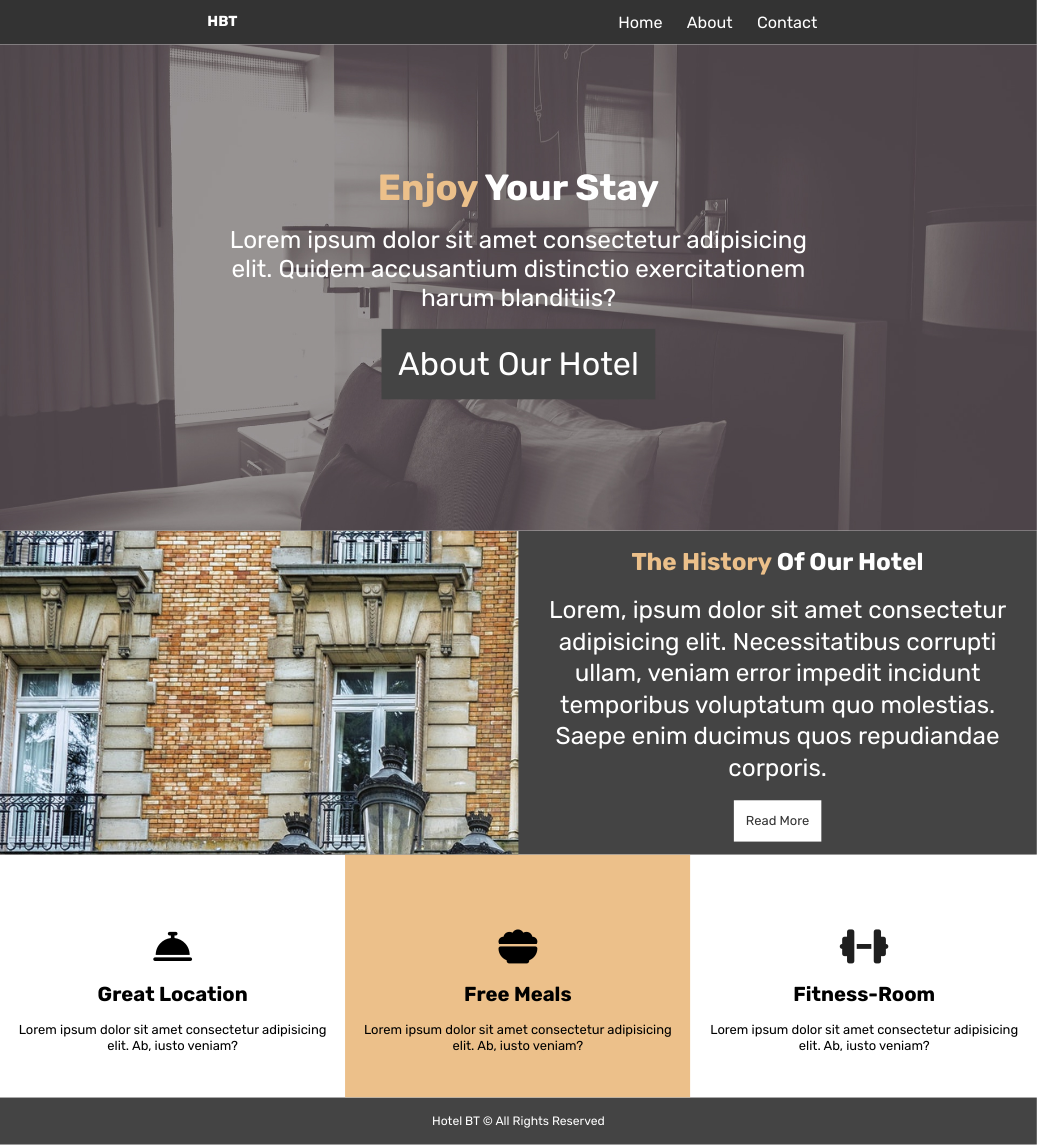
Repository: reemoon-ctrl/35---hotel-website
Page: index.html
The author's editor kept a copy of each file at every save. The page is drawn from the files as they stood at one save, then again after a run of saves.
The browser window is 1280 px wide. The pictures show the whole page, at 81% of full size.
Some web libraries are served in a nearby version.

Above is the page before, as saved 2024-07-24 19:44:56.

### index.html
<!DOCTYPE html>
<html lang="en">
<head>
    <meta charset="UTF-8">
    <meta name="viewport" content="width=device-width, initial-scale=1.0">
    <title>HBT| hotel website</title>
    <link rel="stylesheet" href="index.css"/>
    <style>
    @import url('https://fonts.googleapis.com/css2?family=Rubik:ital,wght@0,300..900;1,300..900&display=swap');

    </style>
    <script src="https://kit.fontawesome.com/6132f3c84f.js" crossorigin="anonymous"></script>

</head>
<body>
    <header>
        <ul class="nav-bar">
            <li class="title"><a href="">HBT</a></li>
            <div class="bag-nav-row" >
            <li class="bag-nav"><a href="contact.html">Contact</a></li>
            <li class="bag-nav"><a href="about.html">About</a></li>
            <li class="bag-nav"><a href="index.html">Home</a></li>
            </div>
        </ul>

    </header>

    <header class="mainheader" >
        <div class="mainheadertxt">
            <h1><span class="fword">Enjoy</span> Your Stay</h1>
            <p>Lorem ipsum dolor sit amet
                consectetur adipisicing elit.
                Quidem accusantium distinctio
                exercitationem harum blanditiis?
            </p>
            <a href="about.html" >About Our Hotel</a>
        </div>
    </header>

    <main class="main-content">
        <div class="hotelimg"></div>
        <div class="hotel-disc">
            <h3><span class="fword">The History </span>Of Our Hotel</h3>
            <p>Lorem, ipsum dolor sit amet consectetur adipisicing elit. Necessitatibus corrupti ullam, veniam error impedit incidunt temporibus voluptatum quo molestias. Saepe enim ducimus quos repudiandae corporis.</p>
            <a href="about.html">Read More</a>
        </div>

    </main>

    <aside class="aside-bar">
        <ul >
            <div class="ul">
                <div class="fli" ><i class="fa-solid fa-bell-concierge fa-3x"></i> <li ><h4>Great Location</h4>
                    <p>Lorem ipsum dolor sit amet consectetur adipisicing elit. Ab, iusto veniam?</p>

                </li></div>
                <div class="sli"><li > <i class="fa-sharp-duotone fa-solid fa-bowl-food fa-3x" style="--fa-primary-color: #1f1f1f; --fa-secondary-color: #1f1f1f;"></i><h4>Free Meals</h4>
                    <p>Lorem ipsum dolor sit amet consectetur adipisicing elit. Ab, iusto veniam?</p>

                </li></div>
                <div class="thli"><li ><i class="fa-solid fa-dumbbell fa-3x" style="color: #1f1f1f;"></i><h4 >Fitness-Room</h4>
                    <p>Lorem ipsum dolor sit amet consectetur adipisicing elit. Ab, iusto veniam?</p>

                </li></div>
            </div>
        </ul>
    </aside>

    <footer>
        <p>Hotel BT &copy; All Rights Reserved</p>

    </footer>

</body>
</html>

### index.css
*{
    padding: 0px;
    margin: 0px;
    box-sizing: border-box;
    font-family: "Rubik", sans-serif;
    font-optical-sizing: auto;




}
.nav-bar{
    list-style:none;
    overflow: auto;
    /* clear:both; */
    background: #333333;
    font-size: 20px;
    text-align: center;
    height: 55px;

}

.bag-nav-row{
    margin-right: 20%;
}
.title{
    float: left;
    margin-left: 20%;
    font-weight: bold;
    font-size:18px ;

    text-align: center;
    padding:15px 0px;

}
.title  a{
    text-decoration: none;
    color:#fff;
}


.bag-nav{
    float: right;
    font-size: 20px;


}
.bag-nav-row li a{
    text-decoration: none;
    padding: 15px;
    display: inline-block;
    color: #fff;
}

.bag-nav-row li a:hover{
    background: #444444;
    color:#ecc08a;
}
.bag-nav-row li a:active{
    background: #444444;
    color:#ecc08a;
}


.mainheader{
    background-image: url("img/showcase.jpg") ;
    background-color: #cccccc;
    height:600px;
    background-position: center;
    background-repeat: no-repeat;
    background-size:cover;
    position: relative;
}
.mainheadertxt{
    /* margin: auto; */
    padding: 150px 20%;
    position:relative;
    text-align: center;
    /* margin-top: 20px; */
    color:#fff;
}
.mainheadertxt h1{
    font-size:45px;

}

.mainheadertxt p{
    margin:20px;
    font-size: 30px;
}
.mainheadertxt a{
    position:relative;
    display: block;
    width: fit-content;
    background: #444444;
    text-decoration:none ;
    color: #fff;
    top:50%;
    margin-top: 30px;
    margin: auto;
    font-size: 40px;

    padding: 20px;
}
.mainheadertxt a:hover{
    background: #ecc08a;
    cursor: pointer;
    color:#333333;

}
.fword{
    color:#ecc08a
}
.main-content{
    width:100%;
    height:400px;
    overflow: auto;
    background: #444444;
    color: #fff;
}
.hotelimg{
    width:50%;
    float:left;

    min-height:100% ;
    background: url('img/photo-1.jpg') no-repeat;
}
.hotel-disc{
    /* padding-top: 100px; */
    padding:20px 10px;
    width:50%;
    height:40px;
    float:right;
    text-align: center;
    /* margin-top:px; */
    line-height: 1.3;
    /* padding:20px; */

}
.hotel-disc h3{
    font-size: 30px;
    /* font-size: xx-large; */
    margin-bottom: 20px;
}
.hotel-disc a{
    position:relative;
    display: block;
    width: fit-content;
    text-decoration:none ;
    color: #333333;
    padding: 15px;
    margin:auto;
    margin-top: 20px;
    background: #fff;

}
.hotel-disc a:hover{
    background: #ecc08a;
}
.hotel-disc p{
    font-size: 30px;
}

.aside-bar{
    height: 300px;
    overflow: auto;
    clear:both;

}
.ul{
    list-style: none;
    text-align: center;
    margin:auto;
    height:300px;
}
.fli{
    padding: 60px;
    margin: auto;
    float: left;
    width:33.3%;
    height: 300px;
    padding: 90px 20px;
}
.fli h4{
    font-size: 25px;
    margin-bottom: 20px;
    margin-top: 20px;
}
.sli h4{
    margin-top: 20px;
    font-size: 25px;
    margin-bottom: 20px;
}
.thli h4{
    margin-top: 20px;
    font-size: 25px;
    margin-bottom: 20px;
}
.sli{
    float:left;
    width:33.3%;
    background-color:#ecc08a;
    height: 300px;
    padding: 90px 20px;

}
.thli{
    float:right;
    width:33.3%;
    height: 300px;
    margin: auto;
    height: 300px;
    padding: 90px 20px;
}

footer p{
    text-align: center;
    font-size: 15px;
    color: #fff;
    background: #444444;
    padding: 20px;
}

/* ///////////////about website////////////////// */
.s-header{
    overflow: auto;
    clear: both;
    margin: auto;
    margin: 50px 20%;
    /* height: 500px; */
}
.header-content{
    float:left;
    width:40%;

}
.header-content h1{
    font-size: 50px;
}
.header-content p{
    font-size: 28px;
    margin-top: 20px;
    line-height: 1.3;
}
.hotel-img2{
    height:400px;
    width: 40%;
    float: right;
    border-radius:50%;
}
.comment{
    overflow: auto;
    background:#ecc08a;
    margin: 20px 20%;
    border-radius: 20px;

}
.aside-content{
    background-image: url(img/test-bg.jpg) ;
    background-color: #cccccc;
    height:900px;
    background-position: center;
    background-repeat: no-repeat;
    background-size: cover;
    position: relative;
    width: 100%;



}
.aside-content h1{
    margin: 20px 20%;
    text-align: center;
    color: #FFF;
    font-size: 50px;
    padding-top: 100px;
    padding-bottom: 50px;

}
.comment img{
    padding-top: 30px;
width:200px ;
height:200px ;
border-radius: 200px;
float: left;
padding-right: 20px;
padding-left: 20px;
margin-bottom: 50px;
}
.comment p{
padding-top: 70px;
font-size: 28px;
color: #333333;


}
/* ///////////////about style///////////// */
form h1{
    margin-bottom: 20px;
    font-size: 50px;

}
form p{
    font-size: 25px;

}

.form-label label{
    display: block;

}
.form-label input{
    width:100%;
    padding:10px;
    font-size: 28px;
    border:#ddd solid 1px;
    /* border: 3px solid #ccc; */
    -webkit-transition: 0.5s;
    transition: 0.5s;
    outline: none;

}
.form-label input[type=text]:focus{
    border: 2px solid #ecc08a;
}
.form-label{
    font-size: 35px;
    margin-top: 20px;
}
.submit-input:hover{
    border: 2px solid #ecc08a;
    background: #ecc08a;
    color:#444444;
}
textarea{
    width: 100%;
    height: 250px;
    padding: 12px 20px;
    box-sizing: border-box;
    border: 1px solid #ddd;
    border-radius: 4px;
    /* background-color: #f8f8f8; */
    resize:none;
    font-size: 20px;
    -webkit-transition: 0.5s;
    transition: 0.5s;
    outline: none;

}
textarea:focus{
    border: 2px solid #ecc08a;
}
.submit-input{
 padding: 20px;
 /* text-align: center; */
 width:200px;
 cursor: pointer;
 margin: 30px 0px;
 background: #333333;
 color: #FFF;
 font-size: 20px;


}
.form-container{
    margin: 40px 20%;
    height:800px;
}
.fli-about{
    padding: 60px;
    margin: auto;
    float: left;
    width:33%;
    height: 300px;
    padding: 90px 20px;
    color:#ddd;
}
.fli-about h4{
    font-size: 35px;
    margin-bottom: 20px;
}
.fli-about p{
    font-size: 28px;
}
.sli-about h4{
    font-size: 35px;
    margin-bottom: 20px;
}
.sli-about p{
    font-size: 28px;
}
.thli-about h4{
    font-size: 35px;
    margin-bottom: 20px;
}
.thli-about p{
    font-size: 28px;
}
.sli-about{
    float:left;
    width:33%;
    color: #ddd;
    height: 300px;
    padding: 90px 20px;

}
.thli-about{
    float:right;
    width:33%;
    height: 300px;
    margin: auto;
    height: 300px;
    padding: 90px 20px;
    background: #333333;
    color: #ddd;
}
.ul-about{
    list-style: none;
    text-align: center;
    margin:auto;
    height:300px;
    background: #333333;
}

After the next 2 saves:
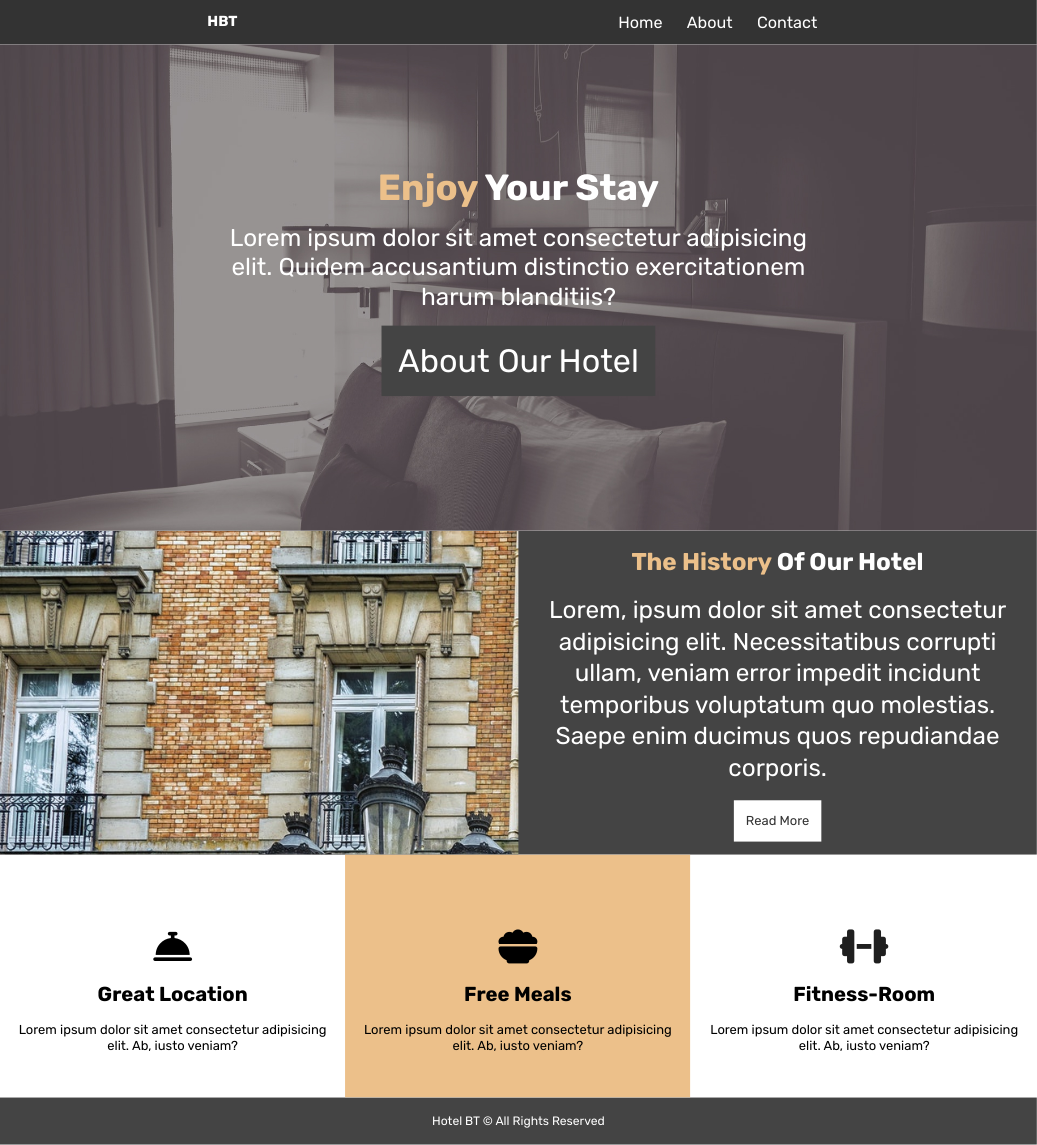
The 2 saves are shown as one change because they came seconds apart.
The last was saved 13 s later.
--- a/index.css
+++ b/index.css
@@ -85,7 +85,7 @@
 }
 
 .mainheadertxt p{
-    margin:20px;
+    margin:18px;
     font-size: 30px;
 }
 .mainheadertxt a{
